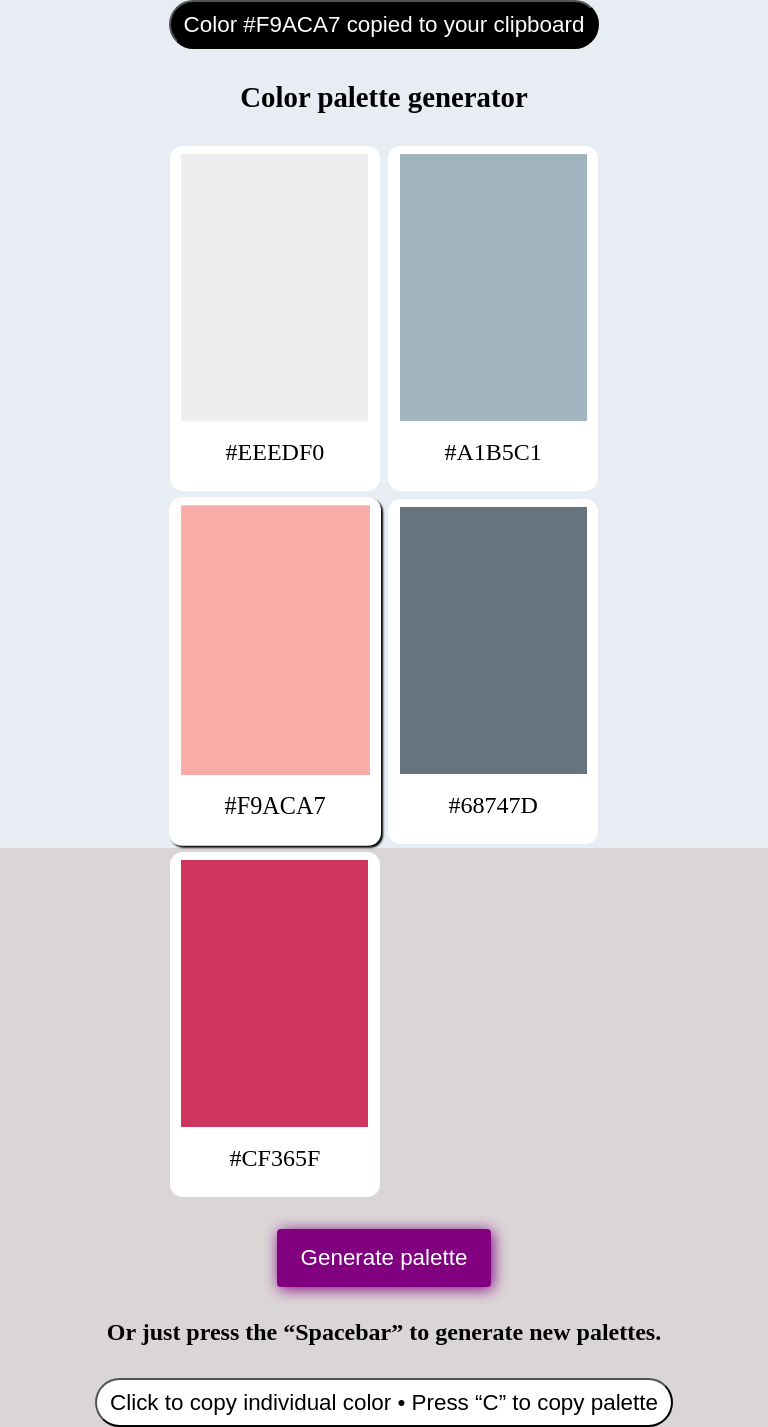
Repository: Hcmwebs/Color-Palette-Generator
Page: index.html
The author's editor kept a copy of each file at every save. The page is drawn from the files as they stood at one save, then again after the next save.
The browser window is 768 px wide. The pictures show the whole page.

Above is the page before, as saved 2020-07-07 12:02:54.

After the next save:
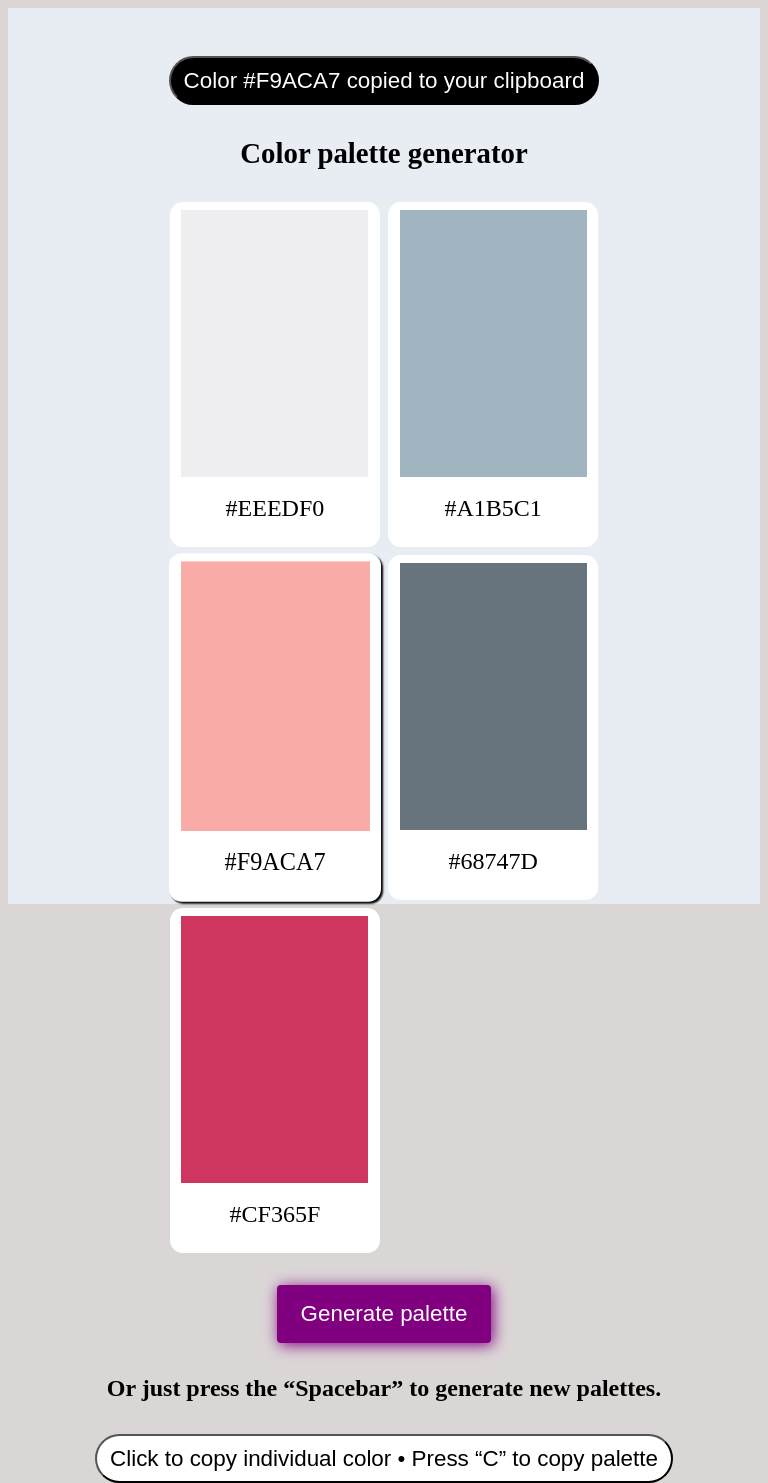
Saved 5 min 50 s later.
--- a/styles.css
+++ b/styles.css
@@ -126,11 +126,8 @@ h3{
     color:#000;
 }
 @media(max-width: 900px){
-    body{
-        height: 100vh;
-        margin: 0 auto;
-    }
     .container{
+        min-width: 620px;
         width: 100%;
         height: 100vh;
         margin: 0 auto;
